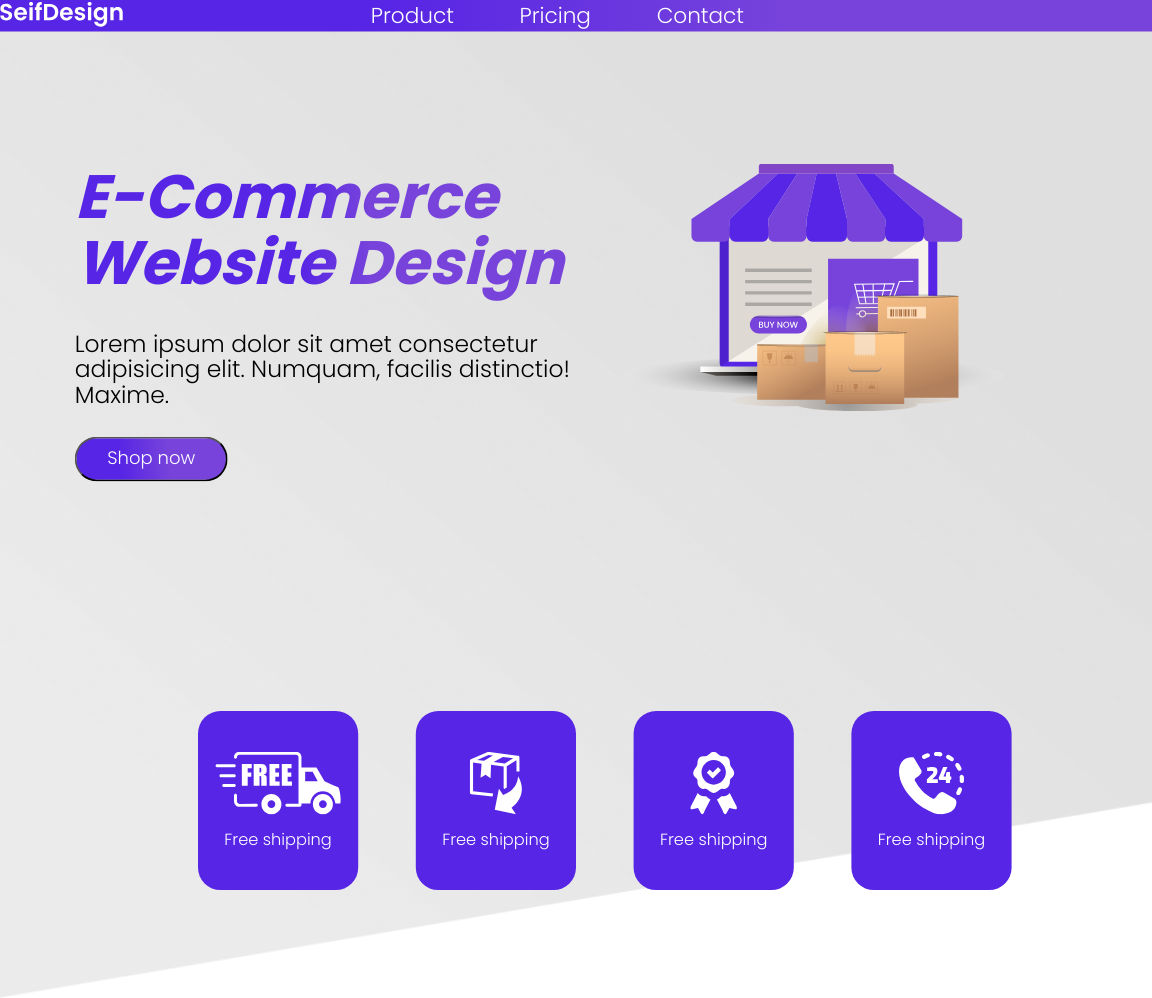
Repository: simralgasimov/newpage
Page: index.html
The author's editor kept a copy of each file at every save. The page is drawn from the files as they stood at one save, then again after the next save.
The browser window is 1280 px wide. The pictures show the whole page, at 90% of full size.
The style sheet was rebuilt from its Sass, Less or Tailwind sources for each picture, by a compiler version that may differ from the author's.

Above is the page before, as saved 2023-12-13 14:48:53.
Not found: index.js

After the next save:
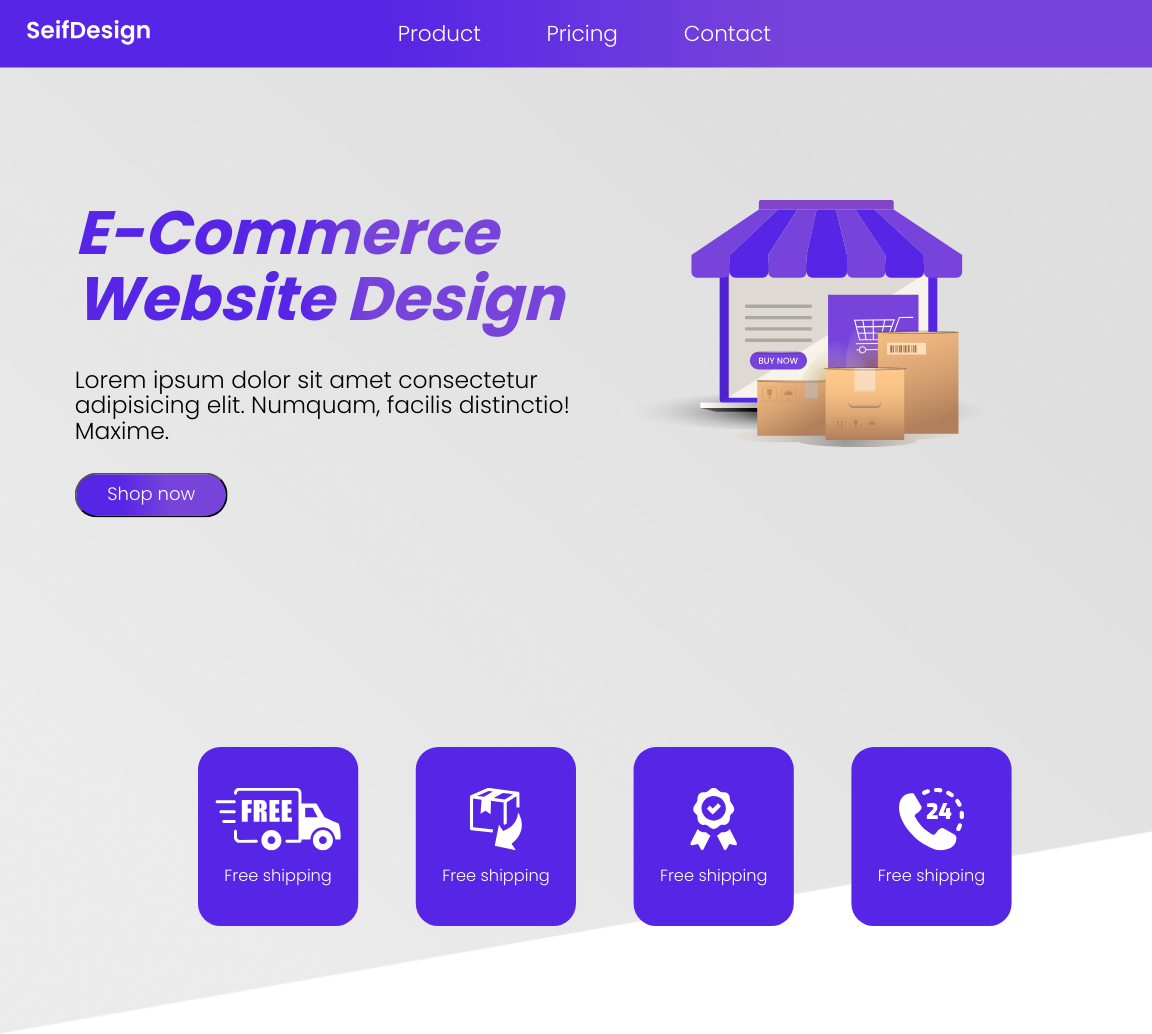
Saved 21 s later.
--- a/index.scss
+++ b/index.scss
@@ -19,6 +19,7 @@
         display: flex;
         align-items: center;
         background: linear-gradient(270deg, #7743DB 31.64%, #5725E5 66.78%);
+        padding: 20px 30px;
         @media screen and (max-width: 1024px) {
             display: flex;
             justify-content: space-between;
